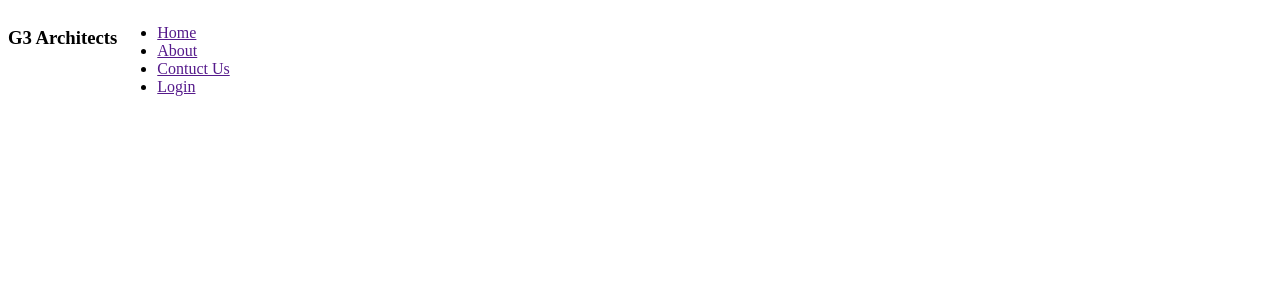
Repository: Safin421/g3-responsive-website
Page: index.html
An editor plug-in stored every save of this project. The page is shown before and after the next save, followed by the edit.
The browser window is 1280 px wide. The pictures show the whole page.

Above is the page before, as saved 2024-08-19 22:13:35.

After the next save:
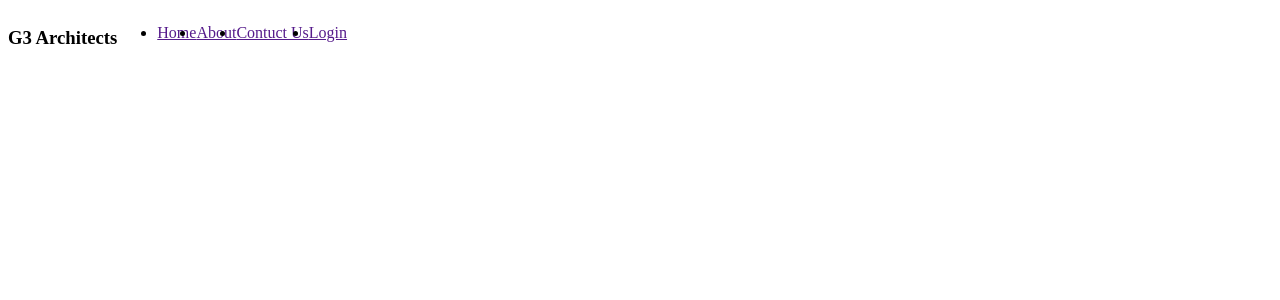
Saved 13 s later.
--- a/style/style.css
+++ b/style/style.css
@@ -9,10 +9,12 @@
   font-style: normal;
 }
 /* share style */
-
+.display-flex{
+    display: flex;
+}
 /* header stylr */
 
 /* nav releted style */
 .navbar , .nav-link{
-    display: flex;
+
 }
